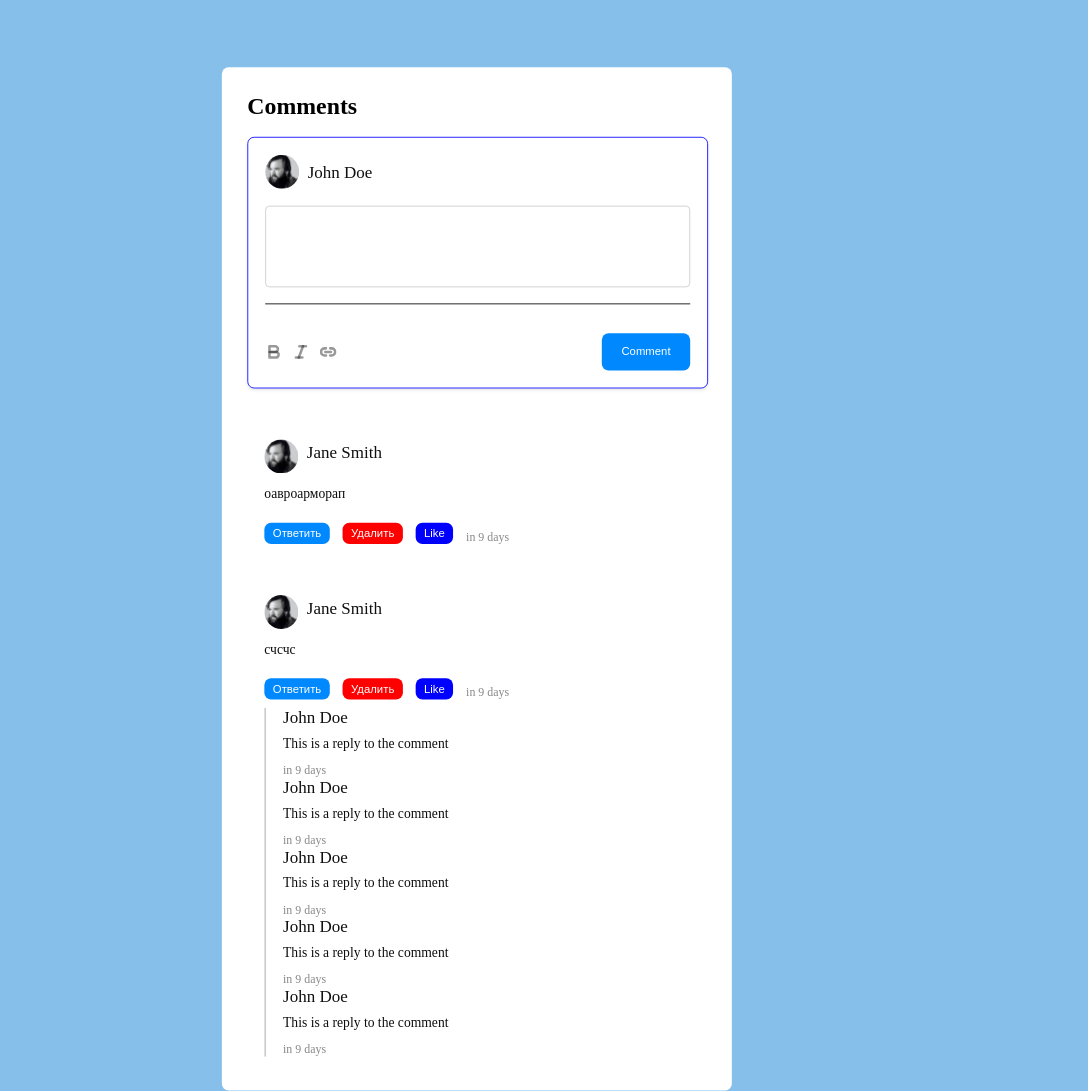
Repository: nikiforovki/appcommits
Page: /
An editor plug-in stored every save of this project. The page is shown before and after the next save, followed by the edit.
The browser window is 1280 px wide. The pictures show the whole page, at 85% of full size.
The project was rebuilt for these pictures with package versions that can differ from the ones it lists, and the page was loaded fresh each time. Requests to the local data server were answered from the project's data file. Also part of the build but not shown: webpack.config.ts.

Above is the page before, as saved 2024-08-24 03:27:38.

### public/index.html
<!DOCTYPE html>
<html lang="en">
<head>
    <meta charset="UTF-8" />
    <meta name="viewport" content="width=device-width, initial-scale=1.0" />
    <meta http-equiv="X-UA-Compatible" content="ie=edge" />
    <title>React App</title>
</head>
<body>
<div id="root"></div>
</body>
</html>

### src/index.tsx
import React from 'react';
import { createRoot } from 'react-dom/client';
import App from './App';
import StoreProvider from './app/providers/StoreProvider';

const rootElement = document.getElementById('root');
const root = createRoot(rootElement);
root.render(
  <React.StrictMode>
    <StoreProvider>
      <App />
    </StoreProvider>
  </React.StrictMode>,
);

### src/App.tsx
import React from 'react';
import MainLayout from './Companents/MainLayout';
import './styles/GlobalStyles.css';

const App = () => {
  return <MainLayout />;
};

export default App;

// import React, { useState } from 'react';
// import MainLayout from '../src/Companents/MainLayout';
// import './styles/GlobalStyles.css';
// import {
//   useGetSomeDataQuery,
//   useAddCommitMutation,
//   useDeleteCommitMutation,
// } from '../api/rtkQuery';
//
// const App: React.FC = () => {
//   const [newCommit, setNewCommit] = useState('');
//   const { data = [], isLoading } = useGetSomeDataQuery();
//   const [addCommit, { isError }] = useAddCommitMutation();
//   const [deleteCommit] = useDeleteCommitMutation();
//
//   const handleAddCommit = async () => {
//     if (newCommit) {
//       try {
//         await addCommit({ name: newCommit }).unwrap();
//         setNewCommit('');
//       } catch (error) {
//         console.error('Failed to add commit: ', error);
//       }
//     }
//   };
//
//   const handleDeleteCommit = async (id: string) => {
//     try {
//       await deleteCommit(id).unwrap();
//     } catch (error) {
//       console.error('Failed to delete commit: ', error);
//     }
//   };
//
//   if (isLoading) return <h1>Loading...</h1>;
//
//   return (
//     <div>
//       <input
//         type="text"
//         value={newCommit}
//         onChange={(e) => setNewCommit(e.target.value)}
//       />
//       <button onClick={handleAddCommit}>Add Commit</button>
//       <div>
//         {/*<MainLayout />*/}
//         <ul>
//           {data.map((item) => (
//             <li key={item.id} onClick={() => handleDeleteCommit(item.id)}>
//               {item.name}
//             </li>
//           ))}
//         </ul>
//       </div>
//     </div>
//   );
// };
//
// export default App;

// import React, { useState } from 'react';
// import MainLayout from '../src/Companents/MainLayout';
// import './styles/GlobalStyles.css';
// import { useGetSomeDataQuery, useAddCommitMutation } from '../api/rtkQuery';
//
// const App: React.FC = () => {
//   const [count, setCount] = useState('');
//   const [newCommit, setNewCommit] = useState('');
//   const { data = [], isLoading } = useGetSomeDataQuery(count);
//   const [addCommit, { isError }] = useAddCommitMutation();
//
//   const handleAddCommit = async () => {
//     if ( newCommit) {
//       await addCommit({name: newCommit}.unwrap();
//       setNewCommit('')
//       )
//     }
//   }
//
//   if (isLoading) return <h1>Loading...</h1>;
//
//   return (
//     <div>
//       <input
//         type='text'
//         value={newCommit}
//         onChange={(e) => {handleAddCommit(e.target.value)}
//           />
//        <button onClick= {handleAddCommit}>Add Commit</button>
//     </div>
//     <div>
//       {/*<MainLayout />*/}
//       <ul>
//         {data.map((item) => (
//           <li key={item.id}>{item.name}</li>
//         ))}
//       </ul>
//     </div>
//   );
// };
//
// export default App;

### src/app/providers/StoreProvider.tsx
// src/app/providers/StoreProvider.tsx
import React from 'react';
import { Provider } from 'react-redux';
import { store } from './store';

interface StoreProviderProps {
  children: React.ReactNode;
}

const StoreProvider: React.FC<StoreProviderProps> = ({ children }) => {
  return <Provider store={store}>{children}</Provider>;
};

export default StoreProvider;

### src/styles/GlobalStyles.css
body {
  margin: 0;
  padding: 0;
  background-color: rgba(66, 155, 223, 0.64);
}

@font-face {
  font-family: 'SourceSansPro-Bold';
  src: url('./../../public/assets/SourceSansPro-Black.ttf') format('truetype');
}

### src/app/providers/store.ts
import { configureStore } from '@reduxjs/toolkit';
import rtkQueryApi from '../../api/rtkQuery';

export const store = configureStore({
  reducer: {
    [rtkQueryApi.reducerPath]: rtkQueryApi.reducer,
  },
  middleware: (getDefaultMiddleware) =>
    getDefaultMiddleware().concat(rtkQueryApi.middleware),
});

### src/api/rtkQuery.ts
import { createApi, fetchBaseQuery } from '@reduxjs/toolkit/query/react';
import { Comment, Reply } from './types';

const rtkQueryApi = createApi({
  reducerPath: 'commentApi',
  baseQuery: fetchBaseQuery({ baseUrl: 'http://localhost:3000' }),
  tagTypes: ['Comment'],
  endpoints: (builder) => ({
    getSomeData: builder.query<Comment[], void>({
      query: () => 'comments',
      providesTags: (result) =>
        result
          ? [
              ...result.map(({ id }) => ({ type: 'Comment' as const, id })),
              { type: 'Comment' as const, id: 'LIST' },
            ]
          : [{ type: 'Comment' as const, id: 'LIST' }],
    }),
    addCommit: builder.mutation<Comment, Partial<Comment>>({
      query: (body) => ({
        url: 'comments',
        method: 'POST',
        body,
      }),
      invalidatesTags: [{ type: 'Comment' as const, id: 'LIST' }],
    }),
    deleteCommit: builder.mutation<void, string>({
      query: (id) => ({
        url: `comments/${id}`,
        method: 'DELETE',
      }),
      invalidatesTags: (result, error, id) => [
        { type: 'Comment' as const, id },
      ],
    }),
    likeComment: builder.mutation<Comment, string>({
      query: (id) => ({
        url: `comments/${id}`,
        method: 'PATCH',
        body: { liked: true },
      }),
      invalidatesTags: (result, error, id) => [
        { type: 'Comment' as const, id },
      ],
    }),
    unlikeComment: builder.mutation<Comment, string>({
      query: (id) => ({
        url: `comments/${id}`,
        method: 'PATCH',
        body: { liked: false },
      }),
      invalidatesTags: (result, error, id) => [
        { type: 'Comment' as const, id },
      ],
    }),
    addReply: builder.mutation<
      Comment,
      { commentId: string; author: string; text: string; timestamp: string }
    >({
      query: ({ commentId, author, text, timestamp }) => ({
        url: `comments/${commentId}/replies`,
        method: 'POST', // Исправлено с PATCH на POST
        body: {
          author,
          text,
          timestamp,
        },
      }),
      invalidatesTags: (result, error, { commentId }) => [
        { type: 'Comment' as const, id: commentId },
      ],
    }),
    updateComment: builder.mutation<Comment, Partial<Comment>>({
      query: (body) => ({
        url: `comments/${body.id}`,
        method: 'PATCH',
        body,
      }),
      invalidatesTags: (result, error, { id }) => [
        { type: 'Comment' as const, id },
      ],
    }),
  }),
});

export const {
  useGetSomeDataQuery,
  useAddCommitMutation,
  useDeleteCommitMutation,
  useLikeCommentMutation,
  useUnlikeCommentMutation,
  useAddReplyMutation,
  useUpdateCommentMutation,
} = rtkQueryApi;
export default rtkQueryApi;

// import { createApi, fetchBaseQuery } from '@reduxjs/toolkit/query/react';
// import { Comment, Reply } from './types';

// const rtkQueryApi = createApi({
//   reducerPath: 'commentApi',
//   baseQuery: fetchBaseQuery({ baseUrl: 'http://localhost:3000' }),
//   tagTypes: ['Comment'],
//   endpoints: (builder) => ({
//     getSomeData: builder.query<Comment[], void>({
//       query: () => 'comments',
//       providesTags: (result) =>
//         result
//           ? [
//               ...result.map(({ id }) => ({ type: 'Comment' as const, id })),
//               { type: 'Comment' as const, id: 'LIST' },
//             ]
//           : [{ type: 'Comment' as const, id: 'LIST' }],
//     }),
//     addCommit: builder.mutation<Comment, Partial<Comment>>({
//       query: (body) => ({
//         url: 'comments',
//         method: 'POST',
//         body,
//       }),
//       invalidatesTags: [{ type: 'Comment' as const, id: 'LIST' }],
//     }),
//     deleteCommit: builder.mutation<void, string>({
//       query: (id) => ({
//         url: `comments/${id}`,
//         method: 'DELETE',
//       }),
//       invalidatesTags: (result, error, id) => [
//         { type: 'Comment' as const, id },
//       ],
//     }),
//     likeComment: builder.mutation<Comment, string>({
//       query: (id) => ({
//         url: `comments/${id}`,
//         method: 'PATCH',
//         body: { liked: true },
//       }),
//       invalidatesTags: (result, error, id) => [
//         { type: 'Comment' as const, id },
//       ],
//     }),
//     unlikeComment: builder.mutation<Comment, string>({
//       query: (id) => ({
//         url: `comments/${id}`,
//         method: 'PATCH',
//         body: { liked: false },
//       }),
//       invalidatesTags: (result, error, id) => [
//         { type: 'Comment' as const, id },
//       ],
//     }),
//     addReply: builder.mutation<Comment, Partial<Reply>>({
//       query: (body) => ({
//         url: `comments/${body.commentId}/replies`,
//         method: 'POST',
//         body: {
//           author: body.author,
//           text: body.text,
//           timestamp: new Date().toISOString(),
//         },
//       }),
//       invalidatesTags: (result, error, { commentId }) => [
//         { type: 'Comment' as const, id: commentId },
//       ],
//     }),
//     updateComment: builder.mutation<Comment, Partial<Comment>>({
//       query: (body) => ({
//         url: `comments/${body.id}`,
//         method: 'PATCH',
//         body,
//       }),
//       invalidatesTags: (result, error, { id }) => [
//         { type: 'Comment' as const, id },
//       ],
//     }),
//   }),
// });

// export const {
//   useGetSomeDataQuery,
//   useAddCommitMutation,
//   useDeleteCommitMutation,
//   useLikeCommentMutation,
//   useUnlikeCommentMutation,
//   useAddReplyMutation,
//   useUpdateCommentMutation,
// } = rtkQueryApi;
// export default rtkQueryApi;

Loaded but not shown: db.json (59 lines, source omitted); src/Companents/MainLayout.tsx (1724 lines, source omitted)

After the next save:
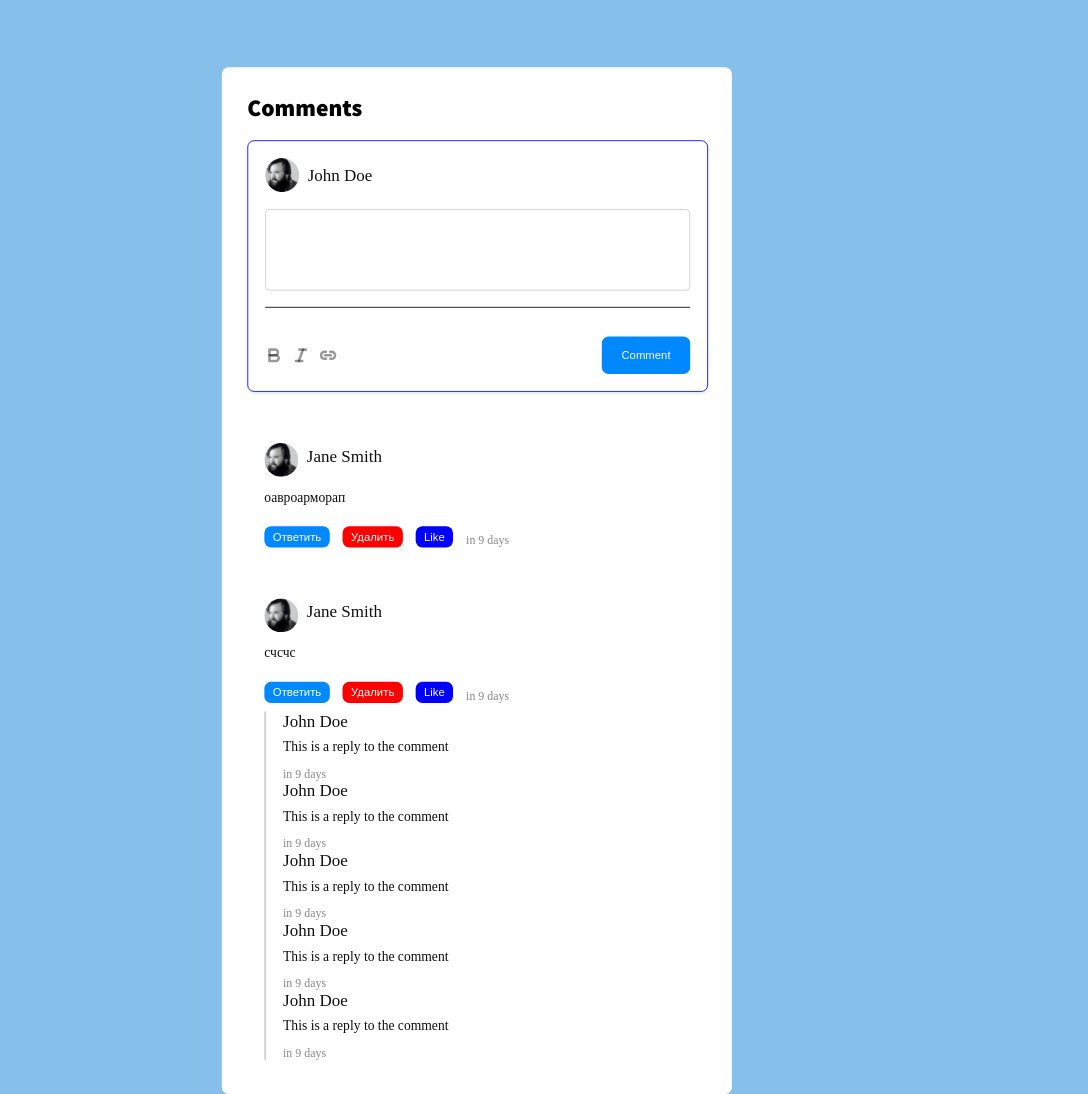
Saved 7 s later.
--- a/src/styles/GlobalStyles.css
+++ b/src/styles/GlobalStyles.css
@@ -5,6 +5,6 @@ body {
 }
 
 @font-face {
-  font-family: 'SourceSansPro-Bold';
+  font-family: 'SourceSansPro-Black';
   src: url('./../../public/assets/SourceSansPro-Black.ttf') format('truetype');
 }
